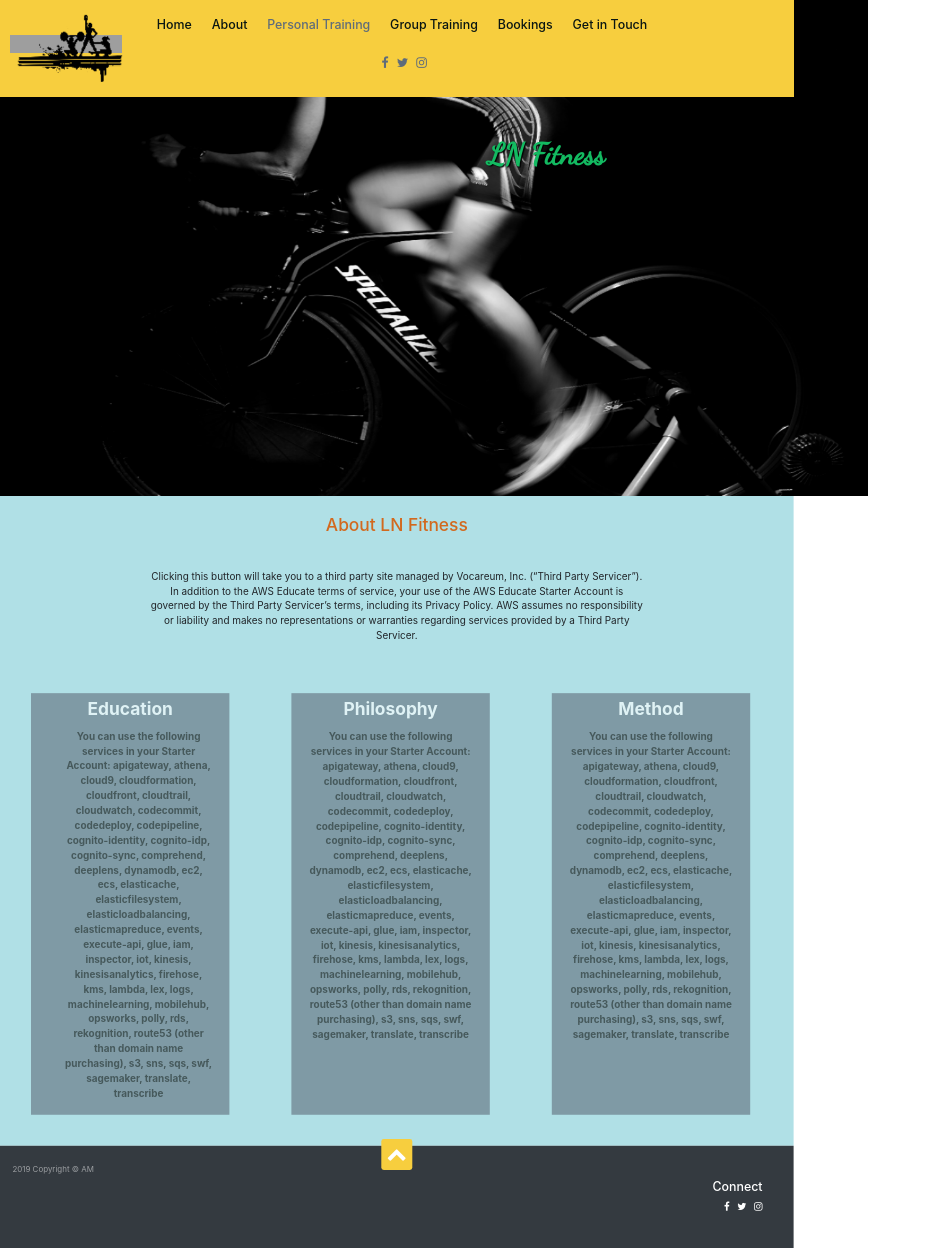
Repository: murphya14/Fitness-webpage
Page: personal-training.html
The author's editor kept a record of every edit. The page is drawn from the files as they stood at one moment, then again after the next edit.
The browser window is 1280 px wide. The page is 1521 px wide, so the pictures cover 1521 px, including what lies to the right of the window. The pictures show the whole page, at 62% of full size.
Pictures or frames that could not be fetched are drawn as grey boxes.

Above is the page before.

### personal-training.html
<!DOCTYPE html>
<html lang="en">

<head>
  <meta charset="UTF-8">
  <meta name="viewport" content="width=device-width, initial-scale=1.0">
  <meta http-equiv="X-UA-Compatible" content="ie=edge">
  <link rel="stylesheet" href="assets/css/style.css" />
  <link rel="stylesheet" href="https://stackpath.bootstrapcdn.com/bootstrap/4.3.1/css/bootstrap.min.css" <link rel="stylesheet" href="https://stackpath.bootstrapcdn.com/font-awesome/4.7.0/css/font-awesome.min.css" type="text/css" />
  <link rel="shortcut icon" type="image/x-icon" href="assets/favicon.ico">
  <link rel="stylesheet" href="https://cdnjs.cloudflare.com/ajax/libs/font-awesome/4.7.0/css/font-awesome.min.css">
  <link rel="stylesheet" type="text/css" href="//fonts.googleapis.com/css?family=Dancing+Script" />
  <title>Home</title>
</head>

<body>



  <header>
    <!-- Logo and Nav bar-->
    <!-- Used help from Stack overflow: https://stackoverflow.com/questions/23949804/how-to-change-link-color-bootstrap-->


    <nav class=" container-fliud navbar navbar-expand-lg navbar-custom  fixed-top navbar-light topnav">
      <div><a class="logo " href="index.html">
          <img src="assets/images/logo.png" alt="logo">
        </a></div>


      <div>
        <div>
          <ul class="nav justify-content-center container-fluid">

            <li class="nav-item">
              <a class="nav-link" href="index.html">Home</a>
            </li>
            <li class="nav-item ">
              <a class="nav-link"  href="about.html">About</a>
            </li>
            <li class="nav-item  ">
              <a class="nav-link" id="active" href="personal-training.html">Personal Training</a>
              <li class="nav-item ">
                <a class="nav-link" href="group-training.html">Group Training</a>
              </li>
              <li class="nav-item ">
                <a class="nav-link" href="bookings.html">Bookings</a>
              </li>
              <li class="nav-item ">
                <a class="nav-link" href="get-in-touch.html">Get in Touch</a>
              </li>
          </ul>

        </div>
        <!-- Select menu for Nav bar for smaller devices-->

        <select id="select">
    <option value="index.html" selected="selected">Home</div>
    <option value="about.html">About</option>
    <option value="training.html">Personal Training</option>
    <option value="group-training">Group Training</option>
    <option value="get-in-touch">Get in Touch</option>
  </select>

        <!-- Social links-->

        <div class="row no-gutters">
          <div class="col">

            <div class="nav-link">

              <ul class="list-inline social-links">
                <li class="list-inline-item">
                  <a target="_blank" href="#">
                            <i class="fa fa-facebook" aria-hidden="true"></i>
                            <span class="sr-only">Facebook</span>
                        </a>
                </li>
                <li class="list-inline-item">
                  <a target="_blank" href="#">
                            <i class="fa fa-twitter" aria-hidden="true"></i>
                            <span class="sr-only">Twitter</span>
                        </a>
                </li>


                <li class="list-inline-item">
                  <a target="_blank" href="#">
                            <i class="fa fa-instagram" aria-hidden="true"></i>
                            <span class="sr-only">Instagram</span>
                        </a>
                </li>

              </ul>
            </div>
          </div>
        </div>

    </nav>


  </header>

  <!-- Container for main image -->

  <div class="cotainer-fluid">
    <section class="section">



      <div class="row main-image">

        <div class="col-md-12 col-sm-3 image-about">
          <img src="assets/images/about.jpg" alt="LN Trainer">

          <h2 class="image-text">LN Fitness</h2>
        </div>
      </div>
  </div>

  <!-- Content for section -->

  <div class="container-fluid section">
    <div class="row">
      <div class="col-md-12 col-sm-12">
        <h3 class="section-heading">About LN Fitness</h3>
        <p class="col-md-8 section-p-about">Clicking this button will take you to a third party site managed by Vocareum, Inc. (“Third Party Servicer”). In addition to the AWS Educate terms of service, your use of the AWS Educate Starter Account is governed by the Third Party Servicer’s
          terms, including its Privacy Policy. AWS assumes no responsibility or liability and makes no representations or warranties regarding services provided by a Third Party Servicer.</a>
      </div>
      </p>

    </div>

    <div class="row">


      <div class="transbox col-md-3 col-sm-12">
        <h3 class="box-heading"> Education</h3>
        <div class="container">
        <p class="col-md-12 col-sm-12">You can use the following services in your Starter Account: apigateway, athena, cloud9, cloudformation, cloudfront, cloudtrail, cloudwatch, codecommit, codedeploy, codepipeline, cognito-identity, cognito-idp, cognito-sync, comprehend, deeplens,
          dynamodb, ec2, ecs, elasticache, elasticfilesystem, elasticloadbalancing, elasticmapreduce, events, execute-api, glue, iam, inspector, iot, kinesis, kinesisanalytics, firehose, kms, lambda, lex, logs, machinelearning, mobilehub, opsworks, polly,
          rds, rekognition, route53 (other than domain name purchasing), s3, sns, sqs, swf, sagemaker, translate, transcribe</p>
      </div>
      </div>





      <div class="transbox col-md-3 col-sm-12">
        <h3 class="box-heading"> Philosophy</h3>
        <p>You can use the following services in your Starter Account: apigateway, athena, cloud9, cloudformation, cloudfront, cloudtrail, cloudwatch, codecommit, codedeploy, codepipeline, cognito-identity, cognito-idp, cognito-sync, comprehend, deeplens,
          dynamodb, ec2, ecs, elasticache, elasticfilesystem, elasticloadbalancing, elasticmapreduce, events, execute-api, glue, iam, inspector, iot, kinesis, kinesisanalytics, firehose, kms, lambda, lex, logs, machinelearning, mobilehub, opsworks, polly,
          rds, rekognition, route53 (other than domain name purchasing), s3, sns, sqs, swf, sagemaker, translate, transcribe</p>
      </div>

         <div class="transbox col-md-3 col-sm-12">
        <h3 class="box-heading"> Method</h3>
        <p>You can use the following services in your Starter Account: apigateway, athena, cloud9, cloudformation, cloudfront, cloudtrail, cloudwatch, codecommit, codedeploy, codepipeline, cognito-identity, cognito-idp, cognito-sync, comprehend, deeplens,
          dynamodb, ec2, ecs, elasticache, elasticfilesystem, elasticloadbalancing, elasticmapreduce, events, execute-api, glue, iam, inspector, iot, kinesis, kinesisanalytics, firehose, kms, lambda, lex, logs, machinelearning, mobilehub, opsworks, polly,
          rds, rekognition, route53 (other than domain name purchasing), s3, sns, sqs, swf, sagemaker, translate, transcribe</p>
      </div>


    </div>

  </div>




  </div>
  </div>
  </section>
  </div>




  <!-- footer-->

  <footer id="footer" class="container-fluid py-4 bg-dark text-white-50">
    <div class="row">

      <div class="col-sm-4 text-footer">
        <small>2019 Copyright &copy; AM</small></div>

      <div class="col-sm-4 "><a id="button"></a></div>


      <div class="col-sm-4">

        <!-- footer social media links-->
        <div class="footer-link">
          <h5 class="uppercase general-sub">Connect</h5>
          <ul class="list-inline social-links">
            <li class="list-inline-item">
              <a target="_blank" href="#">
                            <i class="fa fa-facebook" aria-hidden="true"></i>
                            <span class="sr-only">Facebook</span>
                        </a>
            </li>
            <li class="list-inline-item">
              <a target="_blank" href="#">
                            <i class="fa fa-twitter" aria-hidden="true"></i>
                            <span class="sr-only">Twitter</span>
                        </a>
            </li>


            <li class="list-inline-item">
              <a target="_blank" href="#">
                            <i class="fa fa-instagram" aria-hidden="true"></i>
                            <span class="sr-only">Instagram</span>
                        </a>
            </li>

          </ul>
        </div>

      </div>

  </footer>


  <!--------------Back to top button created with help from https://www.templatemonster.com/blog/back-to-top-button-css-jquery/--->
  <script src="https://code.jquery.com/jquery-3.4.1.slim.min.js"></script>
  <script src="https://cdnjs.cloudflare.com/ajax/libs/popper.js/1.15.0/umd/popper.min.js"></script>
  <script src="https://stackpath.bootstrapcdn.com/bootstrap/4.3.1/js/bootstrap.min.js"></script>


  <script>
    jQuery(document).ready(function() {

      var btn = $('#button');

      $(window).scroll(function() {
        if ($(window).scrollTop() > 300) {
          btn.addClass('show');
        }
        else {
          btn.removeClass('show');
        }
      });

      btn.on('click', function(e) {
        e.preventDefault();
        $('html, body').animate({ scrollTop: 0 }, '300');
      });

    });
  </script>




</body>

</html>

### assets/css/style.css
/*----------------------------------------------- Colours*/

.nav-link {
    color: #00ccff;
}

#active {
    color: #5F6C7A;
}

.navbar {
    background:#f7ce3e ;

}


li a:hover {
    color: #f7ce3e;
}

/*--------------------------------------------- General*/

body {font-size: 17px;
    font-family: "arial", sans-serif;
    margin: 0; padding: 0; overflow-x:hidden;
}

.center {
  display: block;
  margin-left: auto;
  margin-right: auto;
  width: 50%;
}


.inline-block {
    display: inline-block;
}







.highlight {color:#D2691E;
    padding:0;
    margin:0;
}








/*--------------------------------------------- Nav bar*/

nav ul {
    padding: 8px;
    margin-right: 0;
    display: block;
    font-size: 20px;
    font-weight: 600;



}

.logo {
    position: static;
    background: url("../images/rosie.jpg");
    background-position: center;
    background-repeat: no-repeat;
    margin-right:40px;
    padding-top: 10px;
    padding-left: 10px;
    min-height: 100px;
    transition: all .5s ease-in-out;
    -moz-transition: all .5s ease-in-out;
    -webkit-transition: all .5s ease-in-out;
    height: 10%;
    width: 25%;
}

.header {
    position: fixed;
    top: 0;
    left: 0;
    right: 0;
    background-color: #e84610;
    padding: 15px 25px;

}

nav select {
    display: none;
    background-color: #77C9D4;
    color: white;
    border: 1px solid #778899;
   position: relative;
   cursor: pointer;
   top: 100%;
  left: 0;
  right: 0;
  z-index: 99;

}

#select {color: #f7ce3e;
    background-color: #5F6C7A;
}


.nav-link
{color: #0A1612;
text-align: center;
padding: 8px;
    margin-right: 0;
    display: block;

    font-size:33;
    font-weight: 500;
    padding-left: 5px;
      transition: all 0.35s ease-in-out;
    -moz-transition: all 0.35s ease-in-out;
    -webkit-transition: all 0.35s ease-in-out;
    -o-transition: all 0.35s ease-in-out;
    max-width:100%;

}
/*-------------------------Social links*/
nav a {color:#5F6C7A;}

nav a:hover {
    color: white;
}

/*-------------------------------------------Section*/

/*-------------------------Section Image*/

.main-image {max-width:100%;
    height:100%;
    padding-left:0;
    padding-right:0;
    position: relative;
 }

.image-text {
   position: absolute;
   top: 250px;
   left: 70%;
   width: 100%;
   color:#13BA61;
   font-family: "Dancing Script";
   font-size: 48px;
   font-variant: normal;
   font-weight: 700;
   line-height: 26.4px;
   text-shadow: 2px 2px 2px #000;
    transform: translate(-50%, -50%);
 }


/*------------------Index.html*/
 .section {background-color:#B0E0E6;
  text-align: center;


     max-width:100%;
 }

.section-heading {color: #D2691E;
            text-align: center;
                    padding: 30px;
}

.section-p {padding:12px;
margin:10px;
    padding-bottom: 50px;
;


}

.section-p-about {padding:15px;
    text-align: center;
     width:75%;
}



.free-link {text-align: center;
    font-weight: 700;
    background-color: #5F6C7A;
    font:white;
    padding:15px;
    margin:15px;
    border-radius:15px;

  bottom: 5px;
  right: 30px;
  transition: background-color .3s;
  z-index: 1000;
  position: relative;
   left: 50%;

     transform: translate(-50%,-50%);


}

.section-link {color:white;
 width:120px;


}


.section a:hover {color:#f7ce3e;
text-decoration:none;

}

/*------------------About.html*/


/* With help from https://www.w3schools.com/css/tryit.asp?filename=trycss_transparency*/

div.transbox {
  margin: 50px;

  background-color: #5F6C7A;
  border: none;
  opacity: 0.6;
  filter: alpha(opacity=60);
  padding: 10px;
}

div.transbox p {
  margin: 5%;
  font-weight: bold;
  color: #000000;
}

.box-heading {font-weight:700;
color:white;}


/*------------------personal-training.html*/

.col-md-10 {transform: translate(+5%,0);}


/*--------------------------------------------- footer*/

#button {
  text-align: center;
  display: inline-block;
  background-color: #f7ce3e;
  width: 50px;

  border-radius: 4px;
  bottom: 10px;
  right: 30px;
  transition: background-color .3s;
  z-index: 1000;
  position: relative;
   left: 50%;

     transform: translate(-50%,-50%);


}


#button:hover {
  cursor: pointer;
  background-color: #333;
}
#button:active {
  background-color: #555;
}

#button::after {
  content: "\f077";
  font-family: FontAwesome;
  font-weight: normal;
  font-style: normal;
  font-size: 2em;
  line-height: 50px;
  color: #fff;
}

.footer-link
{color: white;
text-align: right;

    float: none;
    padding-bottom: 15px;
    padding-right: 30px;
    padding-top:30px;
    font-size:33;
    font-weight: 500;
    padding-left: 5px;
      transition: all 0.35s ease-in-out;
    -moz-transition: all 0.35s ease-in-out;
    -webkit-transition: all 0.35s ease-in-out;
    -o-transition: all 0.35s ease-in-out;

}

footer a {color:white;}

 footer  a:hover {
    color: #f7ce3e;
}

.text-footer {float: left;
padding-bottom: 5px;
text-align: left;

}

#footer { min-height: 120px;

    margin: 0;
    padding: 20px;
    max-width:100%;}



/*------------- Responsive design*/

/* Extra small devices (phones, 600px and down) */


@media only screen and (max-width: 600px) {

/*------------------------------------- Changing the menu to a select bar for smaller screens*/
  .topnav {display: none;
    }
    nav select {
        display: inline-block;
        width: 55%;
        height: 25%;
          border-radius: 4px;
        position: left;
    }
    .nav-item {
        display: none;
    }
    .logo {
        position: right;
        height: 80%;
    }
}






/* Small devices (portrait tablets and large phones, 600px and up) */

@media only screen and (min-width: 600px) {}

/* Medium devices (landscape tablets, 768px and up) */

@media only screen and (min-width: 768px) {
.section-p-about {  transform: translate(25%, 0);}
}

/* Large devices (laptops/desktops, 992px and up) */

@media only screen and (min-width: 992px) {
    ...
}

/* Extra large devices (large laptops and desktops, 1200px and up) */

@media only screen and (min-width: 1200px)
}

After the next edit:
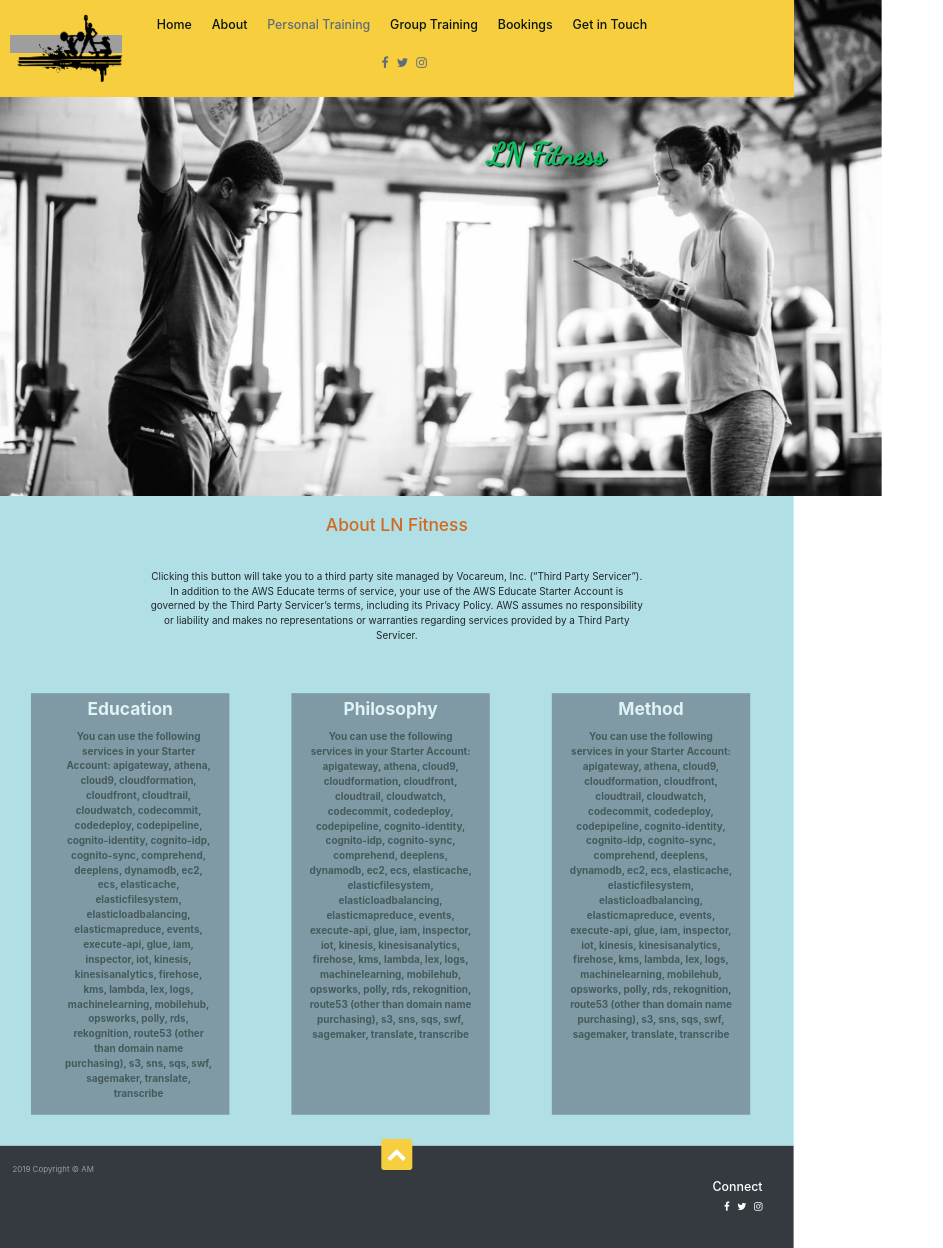
The edit:
--- a/personal-training.html
+++ b/personal-training.html
@@ -111,7 +111,7 @@
       <div class="row main-image">
 
         <div class="col-md-12 col-sm-3 image-about">
-          <img src="assets/images/about.jpg" alt="LN Trainer">
+          <img src="assets/images/personal-training.jpg" alt="LN Trainer">
 
           <h2 class="image-text">LN Fitness</h2>
         </div>
